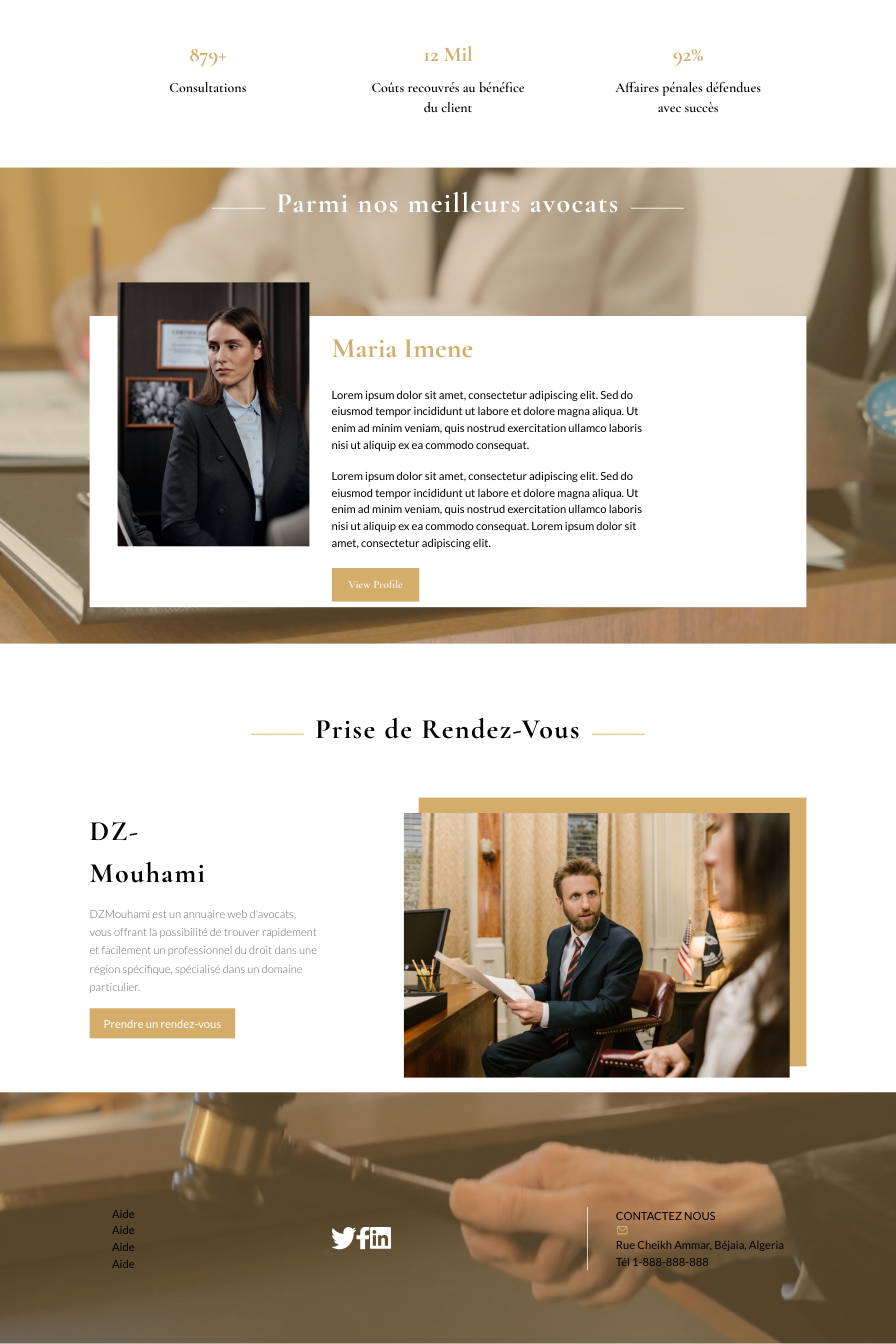
Repository: Chekrouba-Tinhinane/Mohami_dz
Page: / (app in client/)
The author's editor kept a copy of each file at every save. The page is drawn from the files as they stood at one save, then again after the next save.
The browser window is 1280 px wide. The pictures show the part of the page from y = 2228 to 4148 px (the page is 4148 px tall before and 4048 px after), at 70% of full size.
The project was rebuilt for these pictures with package versions that can differ from the ones it lists, and the page was loaded fresh each time. Also part of the build but not shown: client/vite.config.js, client/src/SignIn.jsx, client/src/components/Selector.jsx, client/src/components/SearchContainer.jsx, client/src/Search.jsx, client/src/components/super/HomeLayout.jsx, client/src/components/Profile.jsx.

Above is the page before, as saved 2024-01-25 18:06:51.

After the next save:
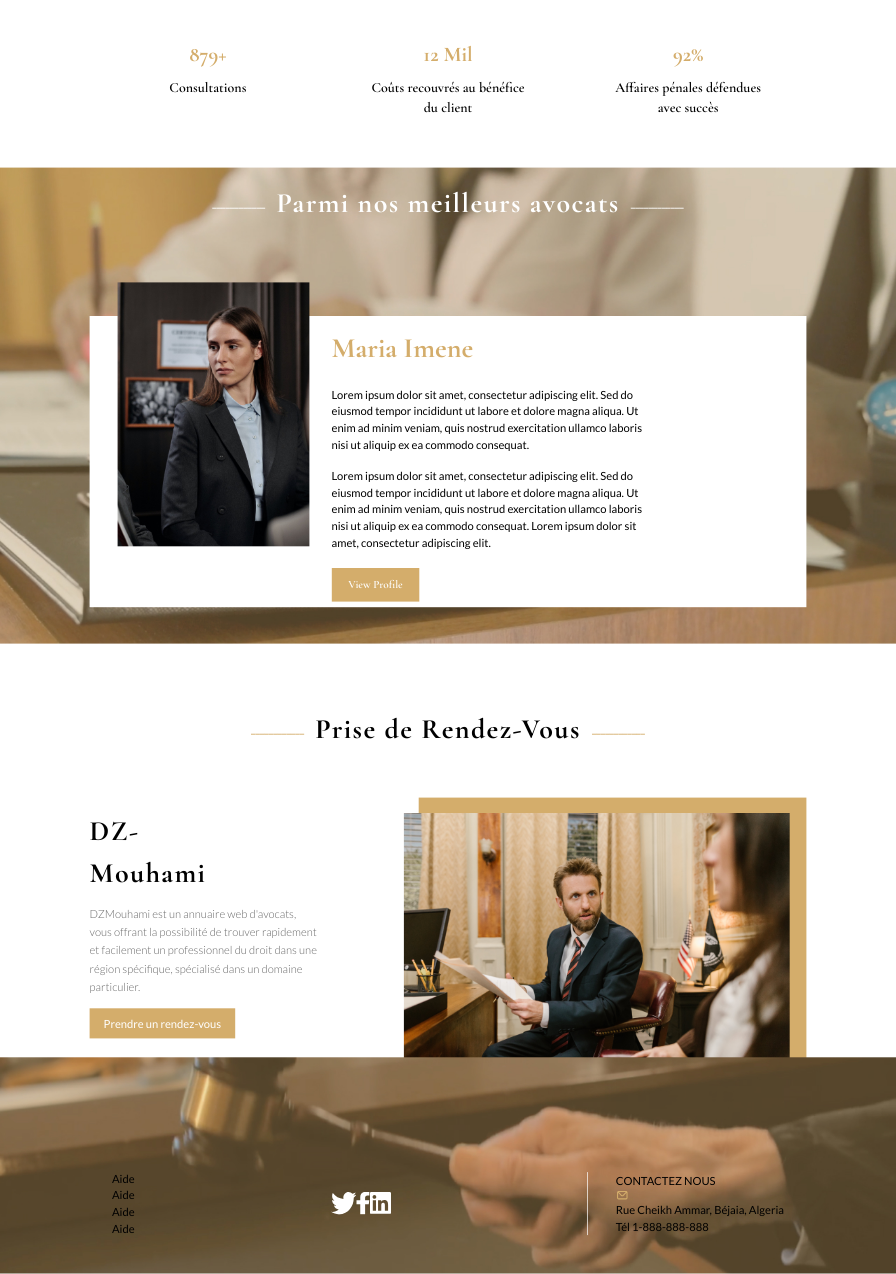
Saved 10 s later.
--- a/client/src/LandingPage.jsx
+++ b/client/src/LandingPage.jsx
@@ -272,7 +272,7 @@ function Footer() {
   return (
     <footer
       id="footer"
-      className="h-[300px] relative flex w-full justify-center items-center mt-10"
+      className="h-[200px] relative flex w-full justify-center items-center mt-10"
     >
       <img src={footer} alt="" className="w-full object-cover" />
       {/* sixth section */}
